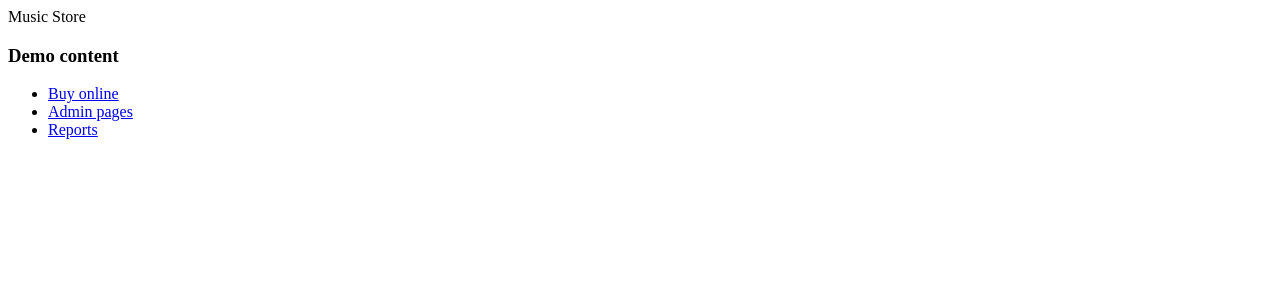
Repository: OnlyLight/Dua_Thu
Page: http://localhost/MusicStore/
The author's editor kept a copy of each file at every save. The page is drawn from the files as they stood at one save, then again after the next save.
The browser window is 1280 px wide. The pictures show the whole page.
The page is served by Tomcat 9.

Above is the page before, as saved 2018-05-13 03:07:44.

After the next save:
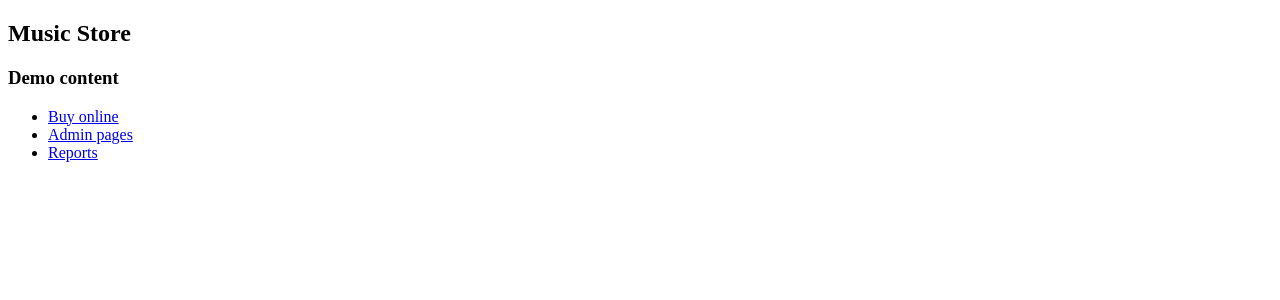
Saved 14 s later.
--- a/JavaWeb/MusicStore/src/main/webapp/WEB-INF/views/index.jsp
+++ b/JavaWeb/MusicStore/src/main/webapp/WEB-INF/views/index.jsp
@@ -8,7 +8,7 @@
 </head>
 <body>
 
-	<div>Music Store</div>
+	<h2>Music Store</h2>
 
 	<div>
 		<h3>Demo content</h3>
